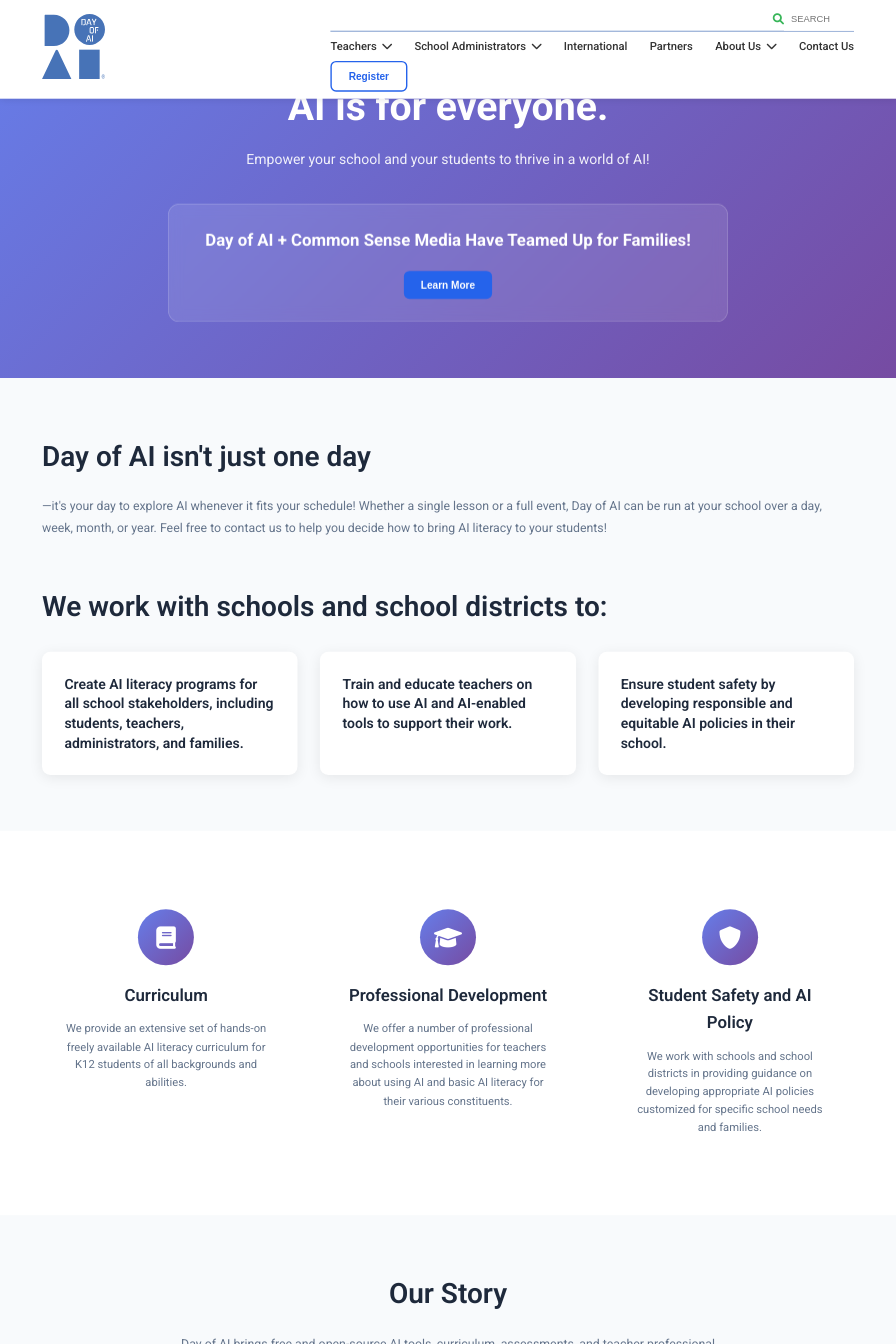
Repository: dinhtri123/dayofai
Page: index.html
An editor plug-in stored every save of this project. The page is shown before and after the next save, followed by the edit.
The browser window is 1280 px wide. The pictures show the part of the page from y = 0 to 1920 px (the page is 3347 px tall), at 70% of full size.

Above is the page before, as saved 2025-06-28 14:39:03.

### index.html
<!DOCTYPE html>
<html lang="en">

<head>
  <meta charset="UTF-8">
  <meta name="viewport" content="width=device-width, initial-scale=1.0">
  <title>Day of AI - AI is for everyone</title>
  <link rel="stylesheet" href="styles.css">
  <link rel="preconnect" href="https://fonts.googleapis.com">
  <link rel="preconnect" href="https://fonts.gstatic.com" crossorigin>
  <link href="https://fonts.googleapis.com/css2?family=Roboto:ital,wght@0,100..900;1,100..900&display=swap"
    rel="stylesheet">
  <link rel="stylesheet" href="https://cdnjs.cloudflare.com/ajax/libs/font-awesome/6.0.0/css/all.min.css">
</head>

<body>
  <!-- Header -->
  <header class="header">
    <nav class="navbar">
      <div class="nav-container">
        <div class="nav-logo">
          <img src="./images/logo.svg" alt="Day of AI Logo">
        </div>

        <div class="header-main">
          <div class="header-search">
            <i class="fa-solid fa-magnifying-glass"></i>
            <input type="search" name="search" id="search" placeholder="SEARCH">
          </div>
          <div class="header-menu">
            <ul class="nav-menu">
              <li class="nav-item dropdown">
                <a href="#" class="nav-link">Teachers <i class="fas fa-chevron-down"></i></a>
                <ul class="dropdown-menu">
                  <li><a href="#">Curriculum</a></li>
                  <li><a href="#">Seasonal and Monthly Activities</a></li>
                  <li><a href="#">Professional Development</a></li>
                  <li><a href="#">Family Resources</a></li>
                </ul>
              </li>
              <li class="nav-item dropdown">
                <a href="#" class="nav-link">School Administrators <i class="fas fa-chevron-down"></i></a>
                <ul class="dropdown-menu">
                  <li><a href="#">Professional Development</a></li>
                  <li><a href="#">Curriculum</a></li>
                  <li><a href="#">Student Safety & AI Policy</a></li>
                  <li><a href="#">Family Resources</a></li>
                </ul>
              </li>
              <li class="nav-item">
                <a href="#" class="nav-link">International</a>
              </li>
              <li class="nav-item">
                <a href="#" class="nav-link">Partners</a>
              </li>
              <li class="nav-item dropdown">
                <a href="#" class="nav-link">About Us <i class="fas fa-chevron-down"></i></a>
                <ul class="dropdown-menu">
                  <li><a href="#">Our Team</a></li>
                  <li><a href="#">Our Story</a></li>
                  <li><a href="#">FAQ</a></li>
                  <li><a href="#">News & Impact</a></li>
                </ul>
              </li>
              <li class="nav-item">
                <a href="#" class="nav-link">Contact Us</a>
              </li>
            </ul>
            <div class="nav-buttons">
              <button class="btn btn-secondary">Register</button>
            </div>
          </div>
        </div>


        <div class="hamburger">
          <span class="bar"></span>
          <span class="bar"></span>
          <span class="bar"></span>
        </div>
      </div>
    </nav>
  </header>

  <!-- Hero Section -->
  <section class="hero">
    <div class="container">
      <div class="hero-content">
        <h1 class="hero-title">AI is for everyone.</h1>
        <p class="hero-subtitle">Empower your school and your students to thrive in a world of AI!</p>
        <div class="hero-banner">
          <div class="banner-content">
            <h3>Day of AI + Common Sense Media Have Teamed Up for Families!</h3>
            <button class="btn btn-primary">Learn More</button>
          </div>
        </div>
      </div>
    </div>
  </section>

  <!-- Main Content Section -->
  <section class="main-content">
    <div class="container">
      <div class="content-grid">
        <div class="content-item">
          <h2>Day of AI isn't just one day</h2>
          <p>—it's your day to explore AI whenever it fits your schedule! Whether a single lesson or a full event, Day
            of AI can be run at your school over a day, week, month, or year. Feel free to contact us to help you decide
            how to bring AI literacy to your students!</p>
        </div>

        <div class="content-item">
          <h2>We work with schools and school districts to:</h2>
          <div class="services-grid">
            <div class="service-card">
              <h3>Create AI literacy programs for all school stakeholders, including students, teachers, administrators,
                and families.</h3>
            </div>
            <div class="service-card">
              <h3>Train and educate teachers on how to use AI and AI-enabled tools to support their work.</h3>
            </div>
            <div class="service-card">
              <h3>Ensure student safety by developing responsible and equitable AI policies in their school.</h3>
            </div>
          </div>
        </div>
      </div>
    </div>
  </section>

  <!-- Features Section -->
  <section class="features">
    <div class="container">
      <div class="features-grid">
        <div class="feature-card">
          <div class="feature-icon">
            <i class="fas fa-book"></i>
          </div>
          <h3>Curriculum</h3>
          <p>We provide an extensive set of hands-on freely available AI literacy curriculum for K12 students of all
            backgrounds and abilities.</p>
        </div>

        <div class="feature-card">
          <div class="feature-icon">
            <i class="fas fa-graduation-cap"></i>
          </div>
          <h3>Professional Development</h3>
          <p>We offer a number of professional development opportunities for teachers and schools interested in learning
            more about using AI and basic AI literacy for their various constituents.</p>
        </div>

        <div class="feature-card">
          <div class="feature-icon">
            <i class="fas fa-shield-alt"></i>
          </div>
          <h3>Student Safety and AI Policy</h3>
          <p>We work with schools and school districts in providing guidance on developing appropriate AI policies
            customized for specific school needs and families.</p>
        </div>
      </div>
    </div>
  </section>

  <!-- About Section -->
  <section class="about">
    <div class="container">
      <div class="about-content">
        <h2>Our Story</h2>
        <p>Day of AI brings free and open-source AI tools, curriculum, assessments, and teacher professional development
          materials developed by MIT RAISE to students and educators everywhere.</p>

        <div class="mit-section">
          <h3>Powered by MIT RAISE</h3>
          <p>Day of AI was born at MIT in June 2021. Led by a team of faculty and research scientists at MIT
            RAISE…..(more)</p>
        </div>

        <div class="partners-section">
          <h3>Our Collaborators and Partners</h3>
          <div class="partners-grid">
            <div class="partner-logo">Partner 1</div>
            <div class="partner-logo">Partner 2</div>
            <div class="partner-logo">Partner 3</div>
            <div class="partner-logo">Partner 4</div>
          </div>
        </div>
      </div>
    </div>
  </section>

  <!-- CTA Section -->
  <section class="cta">
    <div class="container">
      <div class="cta-content">
        <h2>Bring Day of AI to Your School or School District</h2>
        <div class="cta-buttons">
          <button class="btn btn-primary">Register</button>
          <button class="btn btn-secondary">Learn More</button>
        </div>
      </div>
    </div>
  </section>

  <!-- Footer -->
  <footer class="footer">
    <div class="container">
      <div class="footer-content">
        <div class="footer-section">
          <p>&copy; 2025, Day of AI. All Rights Reserved.</p>
          <div class="footer-links">
            <a href="#">Privacy Policy</a>
            <a href="#">Accessibility</a>
            <a href="#">Terms of Use</a>
            <a href="#">Boston Web Design</a>
          </div>
        </div>

        <div class="footer-legal">
          <p>Unless stated otherwise, the DAY OF AI curriculum is licensed under a Creative Commons
            Attribution-NonCommercial-ShareAlike 4.0 International License (the "DAY OF AI Creative Commons license").
            The DAY OF AI Creative Commons license does not include a license to use the trademarks and service marks,
            DAY OF AI, DAY OF AI (and Design), the DAY OF AI logo, MASSACHUSETTS INSTITUTE OF TECHNOLOGY, MIT, the MIT
            logo, MIT RAISE, RAISE, or any other trademarks, service marks, or other intellectual property, owned by, or
            associated with, Massachusetts Institute of Technology, and such use is expressly excluded. DAY OF AI, DAY
            OF AI (and Design), and the DAY OF AI logo are trademarks and service marks of MASSACHUSETTS INSTITUTE OF
            TECHNOLOGY. All rights are reserved.</p>
        </div>

        <div class="footer-translate">
          <button class="translate-btn">Translate »</button>
        </div>
      </div>
    </div>
  </footer>

  <script src="script.js"></script>
</body>

</html>

### styles.css
:root {
  --font-family: 'Roboto', sans-serif;
  --color-primary: #4873B7;
  --color-secondary: #37B558;
  --color-third: #F26739;
}
* {
    margin: 0;
    padding: 0;
    box-sizing: border-box;
}

body {
    font-family: var(--font-family);
    line-height: 1.6;
    color: #333;
    overflow-x: hidden;
}

.container {
    max-width: 1200px;
    margin: 0 auto;
    padding: 0 20px;
}

/* Header Styles */
.header {
    background: #fff;
    box-shadow: 0 2px 10px rgba(0, 0, 0, 0.1);
    position: fixed;
    top: 0;
    width: 100%;
    z-index: 1000;
}
.header-main {
  display: flex;
  flex-direction: column;
}
.header-search {
  display: flex;
  align-items: center;
  justify-content: end;
  border-bottom: 1px solid var(--color-primary);
  height: 35px;

}
.header-search input {
  border: none;
  outline: none;
  width: 100px;
  height: 100%;
  padding: 0 10px;
}
.header-search i {
  color: var(--color-secondary);
}

.navbar {
    padding: 10px 0;
}

.nav-container {
    display: flex;
    justify-content: space-between;
    align-items: center;
    max-width: 1200px;
    margin: 0 auto;
    padding: 0 20px;
}
.nav-logo {
  max-width: 160px;
  width: 100%;
  height: auto;
}

.nav-logo img {
  max-width: 90px;
  width: 100%;
  height: auto;
}

.nav-menu {
    display: flex;
    list-style: none;
    align-items: center;
    gap: 2rem;
}

.nav-item {
    position: relative;
}

.nav-link {
    text-decoration: none;
    color: #333;
    font-weight: 500;
    padding: 0.5rem 0;
    transition: color 0.3s ease;
    display: flex;
    align-items: center;
    gap: 0.5rem;
}

.nav-link:hover {
    color: #2563eb;
}

.dropdown-menu {
    position: absolute;
    top: 100%;
    left: 0;
    background: #fff;
    box-shadow: 0 4px 20px rgba(0, 0, 0, 0.15);
    border-radius: 8px;
    min-width: 250px;
    opacity: 0;
    visibility: hidden;
    transform: translateY(-10px);
    transition: all 0.3s ease;
    list-style: none;
    padding: 1rem 0;
}

.dropdown:hover .dropdown-menu {
    opacity: 1;
    visibility: visible;
    transform: translateY(0);
}

.dropdown-menu li a {
    display: block;
    padding: 0.75rem 1.5rem;
    color: #333;
    text-decoration: none;
    transition: background-color 0.3s ease;
}

.dropdown-menu li a:hover {
    background-color: #f8fafc;
    color: #2563eb;
}

.nav-buttons {
    display: flex;
    gap: 1rem;
    align-items: center;
}

.btn {
    padding: 0.75rem 1.5rem;
    border: none;
    border-radius: 8px;
    font-weight: 600;
    cursor: pointer;
    transition: all 0.3s ease;
    text-decoration: none;
    display: inline-block;
    font-size: 0.9rem;
}

.btn-primary {
    background: #2563eb;
    color: #fff;
}

.btn-primary:hover {
    background: #1d4ed8;
    transform: translateY(-2px);
}

.btn-secondary {
    background: transparent;
    color: #2563eb;
    border: 2px solid #2563eb;
}

.btn-secondary:hover {
    background: #2563eb;
    color: #fff;
}

.hamburger {
    display: none;
    flex-direction: column;
    cursor: pointer;
}

.bar {
    width: 25px;
    height: 3px;
    background: #333;
    margin: 3px 0;
    transition: 0.3s;
}

/* Hero Section */
.hero {
    background: linear-gradient(135deg, #667eea 0%, #764ba2 100%);
    color: #fff;
    padding: 120px 0 80px;
    text-align: center;
}

.hero-content {
    max-width: 800px;
    margin: 0 auto;
}

.hero-title {
    font-size: 3.5rem;
    font-weight: 700;
    margin-bottom: 1.5rem;
    line-height: 1.2;
}

.hero-subtitle {
    font-size: 1.25rem;
    margin-bottom: 3rem;
    opacity: 0.9;
}

.hero-banner {
    background: rgba(255, 255, 255, 0.1);
    backdrop-filter: blur(10px);
    border-radius: 16px;
    padding: 2rem;
    margin-top: 2rem;
    border: 1px solid rgba(255, 255, 255, 0.2);
}

.banner-content h3 {
    font-size: 1.5rem;
    margin-bottom: 1.5rem;
}

/* Main Content Section */
.main-content {
    padding: 80px 0;
    background: #f8fafc;
}

.content-grid {
    display: grid;
    gap: 4rem;
}

.content-item h2 {
    font-size: 2.5rem;
    font-weight: 600;
    margin-bottom: 1.5rem;
    color: #1e293b;
}

.content-item p {
    font-size: 1.1rem;
    color: #64748b;
    line-height: 1.8;
}

.services-grid {
    display: grid;
    grid-template-columns: repeat(auto-fit, minmax(300px, 1fr));
    gap: 2rem;
    margin-top: 2rem;
}

.service-card {
    background: #fff;
    padding: 2rem;
    border-radius: 12px;
    box-shadow: 0 4px 20px rgba(0, 0, 0, 0.08);
    transition: transform 0.3s ease, box-shadow 0.3s ease;
}

.service-card:hover {
    transform: translateY(-5px);
    box-shadow: 0 8px 30px rgba(0, 0, 0, 0.12);
}

.service-card h3 {
    font-size: 1.25rem;
    font-weight: 600;
    color: #1e293b;
    line-height: 1.4;
}

/* Features Section */
.features {
    padding: 80px 0;
    background: #fff;
}

.features-grid {
    display: grid;
    grid-template-columns: repeat(auto-fit, minmax(350px, 1fr));
    gap: 3rem;
}

.feature-card {
    text-align: center;
    padding: 2rem;
    border-radius: 16px;
    transition: transform 0.3s ease;
}

.feature-card:hover {
    transform: translateY(-5px);
}

.feature-icon {
    width: 80px;
    height: 80px;
    background: linear-gradient(135deg, #667eea 0%, #764ba2 100%);
    border-radius: 50%;
    display: flex;
    align-items: center;
    justify-content: center;
    margin: 0 auto 1.5rem;
    color: #fff;
    font-size: 2rem;
}

.feature-card h3 {
    font-size: 1.5rem;
    font-weight: 600;
    margin-bottom: 1rem;
    color: #1e293b;
}

.feature-card p {
    color: #64748b;
    line-height: 1.6;
}

/* About Section */
.about {
    padding: 80px 0;
    background: #f8fafc;
}

.about-content {
    max-width: 800px;
    margin: 0 auto;
    text-align: center;
}

.about-content h2 {
    font-size: 2.5rem;
    font-weight: 600;
    margin-bottom: 1.5rem;
    color: #1e293b;
}

.about-content p {
    font-size: 1.1rem;
    color: #64748b;
    line-height: 1.8;
    margin-bottom: 3rem;
}

.mit-section {
    background: #fff;
    padding: 2rem;
    border-radius: 12px;
    margin: 2rem 0;
    box-shadow: 0 4px 20px rgba(0, 0, 0, 0.08);
}

.mit-section h3 {
    font-size: 1.5rem;
    font-weight: 600;
    margin-bottom: 1rem;
    color: #1e293b;
}

.partners-section {
    margin-top: 3rem;
}

.partners-section h3 {
    font-size: 1.5rem;
    font-weight: 600;
    margin-bottom: 2rem;
    color: #1e293b;
}

.partners-grid {
    display: grid;
    grid-template-columns: repeat(auto-fit, minmax(200px, 1fr));
    gap: 2rem;
}

.partner-logo {
    background: #fff;
    padding: 2rem;
    border-radius: 8px;
    text-align: center;
    box-shadow: 0 2px 10px rgba(0, 0, 0, 0.1);
    font-weight: 600;
    color: #64748b;
}

/* CTA Section */
.cta {
    padding: 80px 0;
    background: linear-gradient(135deg, #667eea 0%, #764ba2 100%);
    color: #fff;
    text-align: center;
}

.cta-content h2 {
    font-size: 2.5rem;
    font-weight: 600;
    margin-bottom: 2rem;
}

.cta-buttons {
    display: flex;
    gap: 1rem;
    justify-content: center;
    flex-wrap: wrap;
}

/* Footer */
.footer {
    background: #1e293b;
    color: #fff;
    padding: 60px 0 30px;
}

.footer-content {
    display: grid;
    gap: 2rem;
}

.footer-section {
    display: flex;
    justify-content: space-between;
    align-items: center;
    flex-wrap: wrap;
    gap: 1rem;
}

.footer-links {
    display: flex;
    gap: 2rem;
    flex-wrap: wrap;
}

.footer-links a {
    color: #cbd5e1;
    text-decoration: none;
    transition: color 0.3s ease;
}

.footer-links a:hover {
    color: #fff;
}

.footer-legal {
    border-top: 1px solid #334155;
    padding-top: 2rem;
}

.footer-legal p {
    font-size: 0.9rem;
    color: #94a3b8;
    line-height: 1.6;
}

.footer-translate {
    text-align: center;
    padding-top: 2rem;
}

.translate-btn {
    background: transparent;
    color: #cbd5e1;
    border: 1px solid #475569;
    padding: 0.5rem 1rem;
    border-radius: 6px;
    cursor: pointer;
    transition: all 0.3s ease;
}

.translate-btn:hover {
    background: #475569;
    color: #fff;
}

/* Responsive Design */
@media (max-width: 768px) {
    .nav-menu {
        position: fixed;
        left: -100%;
        top: 70px;
        flex-direction: column;
        background-color: #fff;
        width: 100%;
        text-align: center;
        transition: 0.3s;
        box-shadow: 0 10px 27px rgba(0, 0, 0, 0.05);
        padding: 2rem 0;
    }

    .nav-menu.active {
        left: 0;
    }

    .nav-menu li {
        margin: 1rem 0;
    }

    .dropdown-menu {
        position: static;
        opacity: 1;
        visibility: visible;
        transform: none;
        box-shadow: none;
        background: #f8fafc;
        margin-top: 1rem;
    }

    .hamburger {
        display: flex;
    }

    .hamburger.active .bar:nth-child(2) {
        opacity: 0;
    }

    .hamburger.active .bar:nth-child(1) {
        transform: translateY(8px) rotate(45deg);
    }

    .hamburger.active .bar:nth-child(3) {
        transform: translateY(-8px) rotate(-45deg);
    }

    .nav-buttons {
        display: none;
    }

    .hero-title {
        font-size: 2.5rem;
    }

    .hero-subtitle {
        font-size: 1.1rem;
    }

    .content-item h2,
    .about-content h2,
    .cta-content h2 {
        font-size: 2rem;
    }

    .services-grid,
    .features-grid {
        grid-template-columns: 1fr;
    }

    .footer-section {
        flex-direction: column;
        text-align: center;
    }

    .footer-links {
        justify-content: center;
    }

    .cta-buttons {
        flex-direction: column;
        align-items: center;
    }

    .cta-buttons .btn {
        width: 100%;
        max-width: 300px;
    }
}

@media (max-width: 480px) {
    .container {
        padding: 0 15px;
    }

    .hero {
        padding: 100px 0 60px;
    }

    .hero-title {
        font-size: 2rem;
    }

    .main-content,
    .features,
    .about,
    .cta {
        padding: 60px 0;
    }

    .service-card,
    .feature-card {
        padding: 1.5rem;
    }
}

/* Animations */
@keyframes fadeInUp {
    from {
        opacity: 0;
        transform: translateY(30px);
    }
    to {
        opacity: 1;
        transform: translateY(0);
    }
}

.hero-content,
.content-item,
.feature-card,
.about-content {
    animation: fadeInUp 0.8s ease-out;
}

/* Smooth scrolling */
html {
    scroll-behavior: smooth;
}

/* Focus styles for accessibility */
.btn:focus,
.nav-link:focus,
.translate-btn:focus {
    outline: 2px solid #2563eb;
    outline-offset: 2px;
}

Loaded but not shown: script.js (249 lines, source omitted)

After the next save:
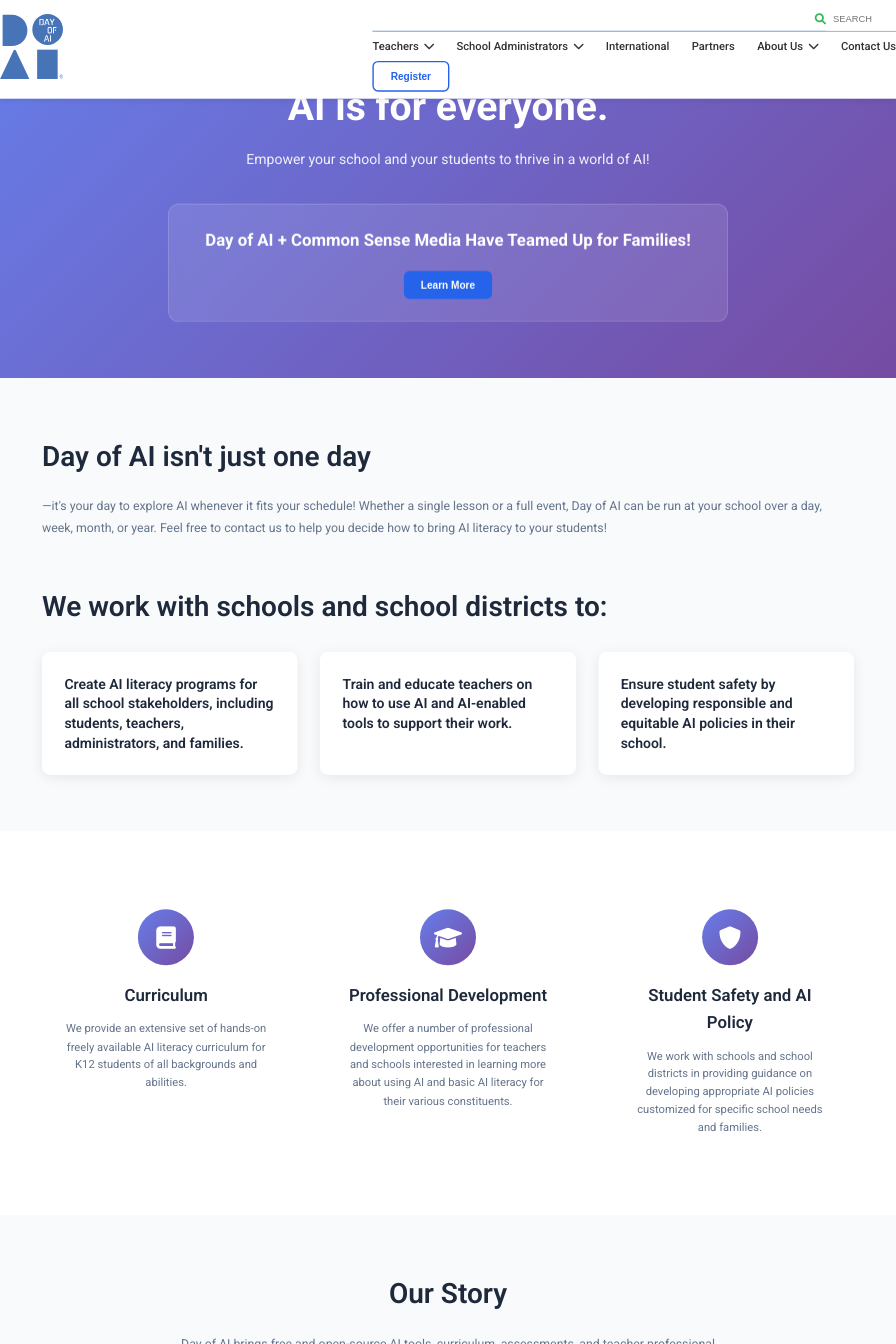
Saved 37 s later.
--- a/styles.css
+++ b/styles.css
@@ -63,9 +63,6 @@
     display: flex;
     justify-content: space-between;
     align-items: center;
-    max-width: 1200px;
-    margin: 0 auto;
-    padding: 0 20px;
 }
 .nav-logo {
   max-width: 160px;
